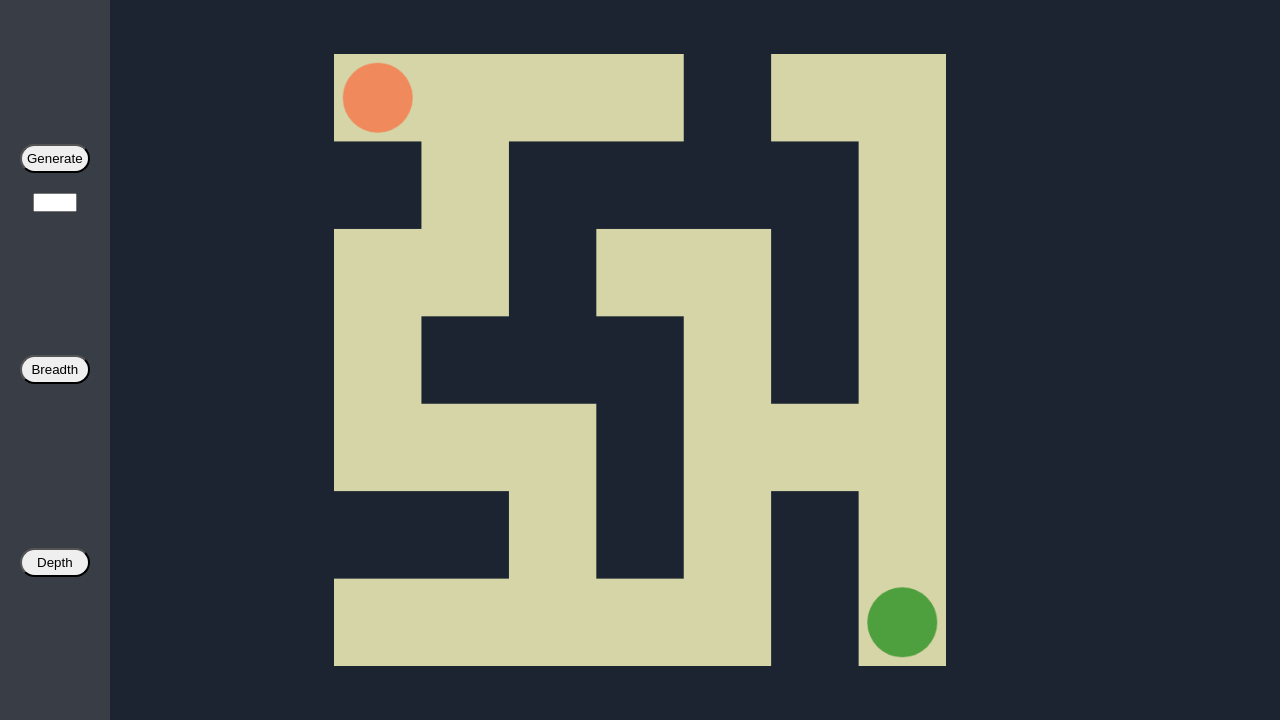
Repository: 2Friendly4You/advanced-maze-solver
Page: index.html
An editor plug-in stored every save of this project. The page is shown before and after the next save, followed by the edit.
The browser window is 1280 px wide. The pictures show the whole page.

Above is the page before, as saved 2022-09-20 15:18:06.

### index.html
<!DOCTYPE html>
<html lang="en">
<head>
    <meta charset="UTF-8">
    <meta http-equiv="X-UA-Compatible" content="IE=edge">
    <meta name="viewport" content="width=device-width, initial-scale=1.0">
    <title>Search Algorithms</title>
    <link rel="icon" type="image/x-icon" href=/images/favicon.ico">
    <link rel="stylesheet" href="styles.css">
    <script type="module" src="script.js" defer></script>
</head>
<body>
    <div class="buttonContainer">
        <div class="generateContainer">
            <button id="generateButton">Generate</button>
            <input id="generateInput">
        </div>
        <button id="breadthButton">Breadth</button>
        <button id="depthButton">Depth</button>
    </div>

    <canvas width="700" height="700"></canvas>
</body>
</html>

### styles.css
* {
    margin: 0;
    padding: 0;
}

body {
    background-color: #1B2430;
    width: 100%;
    height: 100%;
    display: flex;
    justify-items: center;
    align-items: center;
}

canvas {
    background-color: #1B2430;
    position: absolute;
    height: 85vmin;
    aspect-ratio: 1 / 1;
    resize: none;

    top: 50%;
    left: 50%;
    transform: translate(-50%, -50%);
}

.buttonContainer {
    background-color: #393E46;
    display: flex;
    flex-direction: column;
    justify-content: space-evenly;
    height: 100vh;
}

.generateContainer {
    display: flex;
    flex-direction: column;
    justify-content: space-evenly;
    align-items: center;
}

#generateInput {
    width: 40px;
}

button {
    margin: 20px;
    border-radius: 20px;
    padding: 5px;
}

### script.js
// import Heapify from "heapify";
// TODO low priority - change drawing so that only changed elements are redrawn
const EMPTY_COLOR = "#D6D5A8";
const WALL_COLOR = "#1B2430";
const VISITED_COLOR = "gray";
const PATH_COLOR = "#FF2E63"
const START_COLOR = "#F08A5D"
const END_COLOR = "#4E9F3D"

function Maze(canvas, ctx) {
    this.canvas = canvas
    this.ctx = ctx;
}

Maze.prototype = {

    setProperties(grid, start, end) {
        this.grid = grid;
        this.start = start;
        this.end = end;
        this.width = this.canvas.width / this.grid[0].length;
        this.height = this.canvas.height / this.grid.length;
    },

    draw(visited) {
        for(let r = 0; r < this.grid.length; ++r) {
            for(let c = 0; c < this.grid[0].length; ++c) {
                this.ctx.beginPath();
                this.ctx.fillStyle = EMPTY_COLOR;
                if(this.grid[r][c] == 1) {
                    this.ctx.fillStyle = WALL_COLOR;
                }
                if(typeof visited !== 'undefined' && visited.has([r, c].toString())) {
                    this.ctx.fillStyle = VISITED_COLOR;
                }
                this.ctx.fillRect(c * this.width, r * this.height, this.width, this.height);
            }
        }
        this.drawStartAndEnd();
    },

    drawStartAndEnd() {
        const drawCircle = (tile, color) => {
            this.ctx.beginPath();
            this.ctx.arc(tile[1] * this.width + this.width / 2, tile[0] * this.height + this.height / 2, this.width / 2.5, 0, Math.PI * 2);
            this.ctx.fillStyle = color;
            this.ctx.fill();
        }
        drawCircle(this.start, START_COLOR);
        drawCircle(this.end, END_COLOR);
    },

    drawPath(path) {
        for(const tile of path) {
            let [r, c] = tile;
            this.ctx.fillStyle = PATH_COLOR;
            this.ctx.fillRect(c * this.width, r * this.height, this.width, this.height);
        }
        this.drawStartAndEnd();
    },

    checkMovable(curr) {
        let [r, c] = curr;
        return 0 <= r && r < this.grid.length &&
               0 <= c && c < this.grid[0].length &&
               this.grid[r][c] == 0;
    },

    getAdjs(tile) {
        let [r, c] = tile;
        let possAdjs = [[r - 1, c], [r, c + 1], [r + 1, c], [r, c - 1]];
        return possAdjs.filter((possAdj) => this.checkMovable(possAdj));
    },

    getGenerationAdjs(curr) {
        let [r, c] = curr;
        let possPairs = [
            [[r - 1, c], [r - 2, c]],
            [[r, c + 1], [r, c + 2]],
            [[r + 1, c], [r + 2, c]],
            [[r, c - 1], [r, c - 2]]
        ];
        possPairs = possPairs.filter((possPair) => this.checkMovable(possPair[1]))

        const shuffle = (arr) => {
            for (let i = arr.length - 1; i > 0; i--) {
                const j = Math.floor(Math.random() * (i + 1));
                [arr[i], arr[j]] = [arr[j], arr[i]];
            }
        }
        shuffle(possPairs);
        return possPairs;
    },

    simpleSearch(type, delay) {
        console.assert(type === "depth" || type === "breadth");
        let deque = [[this.start]];
        let visited = new Set();
        const searchStep = (deque, visited, type, delay) => {
            if(deque.length == 0) {
                return;
            }
            let path;
            if(type === "depth") {
                path = deque.pop();
            }
            else {
                path = deque.shift();
            }
            let curr = path[path.length - 1];
            if(visited.has(curr.toString())) {
                return searchStep(deque, visited, type, delay);
            }
            visited.add(curr.toString());
            this.draw(visited);

            if(arrayEquals(curr, this.end)) {
                this.drawPath(path);
                return path;
            }
            //TODO maybe reverse for depth or breadth
            for(const adj of this.getAdjs(curr)) {
                deque.push([...path, adj]);
            }
            setTimeout(() => searchStep(deque, visited, type, delay), delay);
        }
        searchStep(deque, visited, type, delay);
    },

    aStar(delay) {

    },

    generate(size, delay) {
        this.setProperties(...prepareMaze(size));
        let genStart = generateRandomEvenCoord(this.grid.length);
        let stack = [[genStart, genStart]];
        let visited = new Set();
        const generateStep = (stack, visited, delay) => {
            if(stack.length == 0) {
                return "Done generating";
            }
            let [wall, curr] = stack.pop();
            if(visited.has(curr.toString())) {
                return generateStep(stack, visited, delay);;
            }
            // console.log(`visiting ${curr}`)
            visited.add(curr.toString());
            this.grid[wall[0]][wall[1]] = 0;
            this.draw();
            for(const pair of this.getGenerationAdjs(curr)) {
                stack.push(pair);
            }
            setTimeout(() => generateStep(stack, visited, delay), delay)
        }
        return generateStep(stack, visited, delay);
    },

    click(x, y) {
        // canvasSize = this.canvas.style.width;
        // console.log(`width: ${this.width} height:  ${this.height}`)
        console.log("x: " + x + " y: " + y);

        let row = Math.floor(y / parseFloat(getComputedStyle(this.canvas).height) * this.grid.length);
        let col = Math.floor(x / parseFloat(getComputedStyle(this.canvas).width) * this.grid.length);
        console.log(`row: ${row} col: ${col}`);

        this.grid[row][col] = 1;
        this.draw();
    }
}

function generateRandomEvenCoord(size) {
    const generateRandomEvenNumber = (max) => Math.floor(Math.random() * Math.floor(size/2)) * 2;
    let r = generateRandomEvenNumber(size);
    let c = generateRandomEvenNumber(size);
    return [r, c];
}

function prepareMaze(size) {
    console.assert(size % 2 === 1);
    let grid = [];
    for(let r = 0; r < size; r++) {
        let row = [];
        for(let c = 0; c < size; c++) {
            if(r % 2 === 0 && c % 2 === 0) {
                row.push(0);
            }
            else {
                row.push(1);
            }
        }
        grid.push(row);
    }
    let start = generateRandomEvenCoord(size);
    let end = generateRandomEvenCoord(size);
    return [grid, start, end];
}

function arrayEquals(a, b) {
    return Array.isArray(a) &&
      Array.isArray(b) &&
      a.length === b.length &&
      a.every((val, index) => val === b[index]);
}

function arrayContainsSubarray(bigArr, smallArr) {
    return bigArr.some((subarr) => (arrayEquals(smallArr, subarr)))
}

function main() {
    let canvas = document.querySelector("canvas");
    let ctx = canvas.getContext("2d");

    let generateButton = document.getElementById("generateButton");
    let breadthButton = document.getElementById("breadthButton");
    let depthButton = document.getElementById("depthButton");
    let generateInput = document.getElementById("generateInput")

    let size = 25;
    // let [grid, start, end] = prepareMaze(size);

    let maze = new Maze(canvas, ctx);
    let grid = [
        [0, 0, 0, 0, 1, 0, 0],
        [1, 0, 1, 1, 1, 1, 0],
        [0, 0, 1, 0, 0, 1, 0],
        [0, 1, 1, 1, 0, 1, 0],
        [0, 0, 0, 1, 0, 0, 0],
        [1, 1, 0, 1, 0, 1, 0],
        [0, 0, 0, 0, 0, 1, 0],
    ];
    let start = [0, 0];
    let end = [6, 6];
    maze.setProperties(grid, start, end);
    maze.draw();

    breadthButton.addEventListener("click", () => maze.simpleSearch("breadth", 50));
    depthButton.addEventListener("click", () => maze.simpleSearch("depth", 50));
    generateButton.addEventListener("click", () => {
        maze.generate(Number(generateInput.value), 50)
    });


    // let mouseDown = false;
    // document.addEventListener("mousedown", () => mouseDown = true);
    // document.addEventListener("mouseup", () => mouseDown = false);
    canvas.addEventListener("mousedown", (e) => {
        const rect = canvas.getBoundingClientRect();
        const x = e.clientX - rect.left;
        const y = e.clientY - rect.top;
        maze.click(x, y);
    });
}

main();

After the next save:
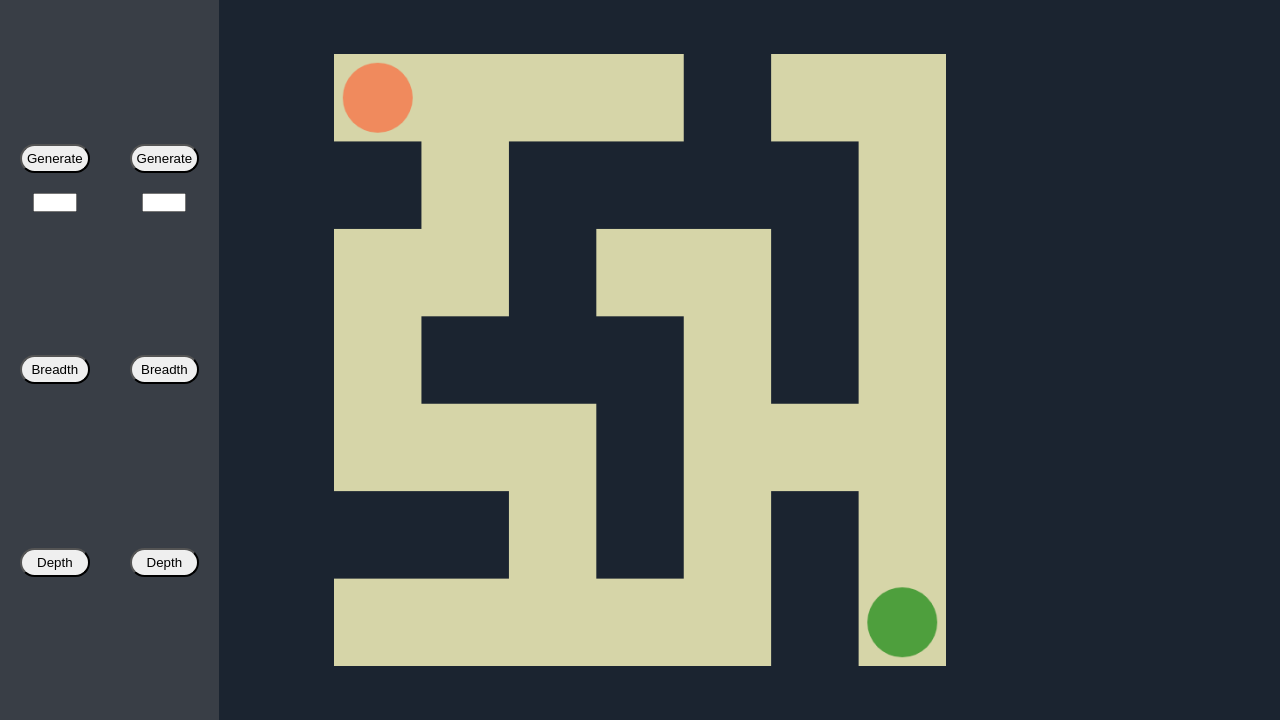
Saved 24 s later.
--- a/index.html
+++ b/index.html
@@ -18,7 +18,14 @@
         <button id="breadthButton">Breadth</button>
         <button id="depthButton">Depth</button>
     </div>
-
     <canvas width="700" height="700"></canvas>
+    <div class="buttonContainer">
+        <div class="generateContainer">
+            <button id="generateButton">Generate</button>
+            <input id="generateInput">
+        </div>
+        <button id="breadthButton">Breadth</button>
+        <button id="depthButton">Depth</button>
+    </div>
 </body>
 </html>

After the 2 saves that followed:
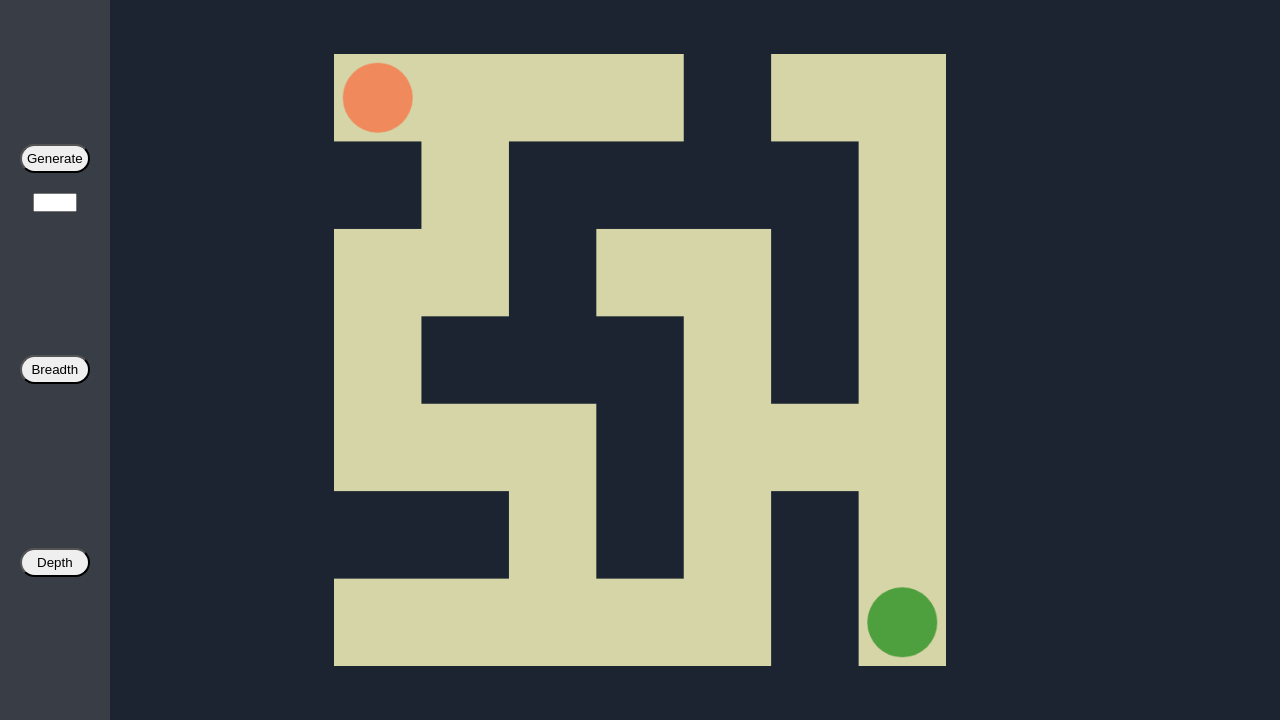
The 2 saves are shown as one change because 1 left the picture as it was.
The last was saved 78 s later.
--- a/index.html
+++ b/index.html
@@ -19,13 +19,5 @@
         <button id="depthButton">Depth</button>
     </div>
     <canvas width="700" height="700"></canvas>
-    <div class="buttonContainer">
-        <div class="generateContainer">
-            <button id="generateButton">Generate</button>
-            <input id="generateInput">
-        </div>
-        <button id="breadthButton">Breadth</button>
-        <button id="depthButton">Depth</button>
-    </div>
 </body>
 </html>
